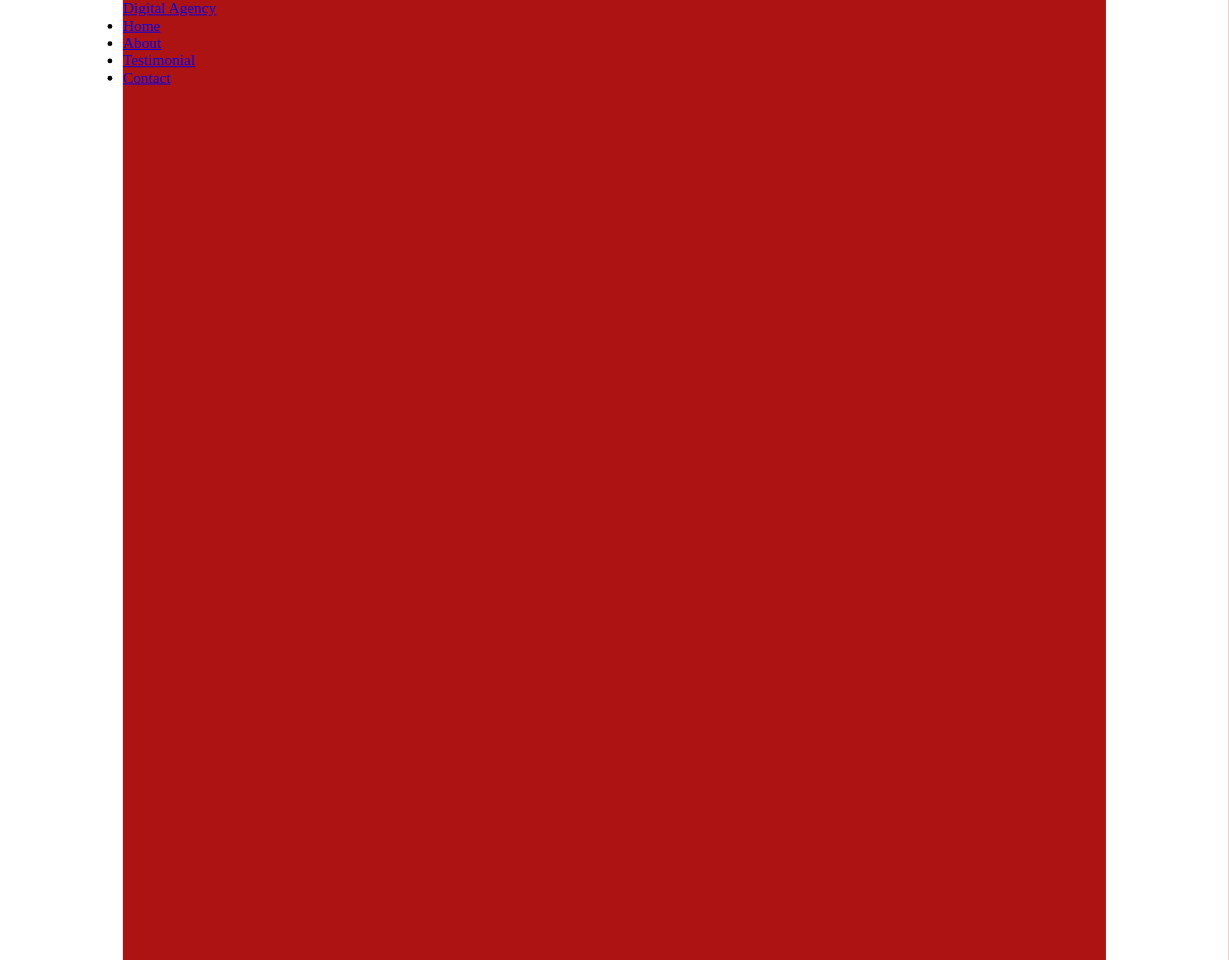
Repository: ThuatDev/fullstack_devc
Page: index.html
These files come from the project's save history. The page is drawn as it stood at one moment and after the next save; the edit follows.
The browser window is 1280 px wide. The pictures show the whole page, at 96% of full size.

Above is the page before, as saved 2022-11-09 15:39:40.

### index.html
<!DOCTYPE html>
<html lang="en">
  <head>
    <meta charset="UTF-8" />
    <meta http-equiv="X-UA-Compatible" content="IE=edge" />
    <meta name="viewport" content="width=device-width, initial-scale=1.0" />
    <link rel="stylesheet" href="./index.css" />
    <title>Digital Agency</title>
  </head>
  <body>
    <div class="container">
      <div class="navbar">
        <div class="navbar_left">
          <p class="navbar__left-logo">
            <a href="#">Digital Agency</a>
          </p>
        </div>
        <div class="navbar_right">
          <ul class="navbar_right-list">
            <li><a href="#">Home</a></li>
            <li><a href="#">About</a></li>
            <li><a href="#">Testimonial</a></li>
            <li><a href="#">Contact</a></li>
          </ul>
        </div>
      </div>
    </div>
  </body>
</html>

### index.css
* {
  padding: 0;
  margin: 0;
  box-sizing: border-box;
}
.container {
  width: 80%;
  height: 1000px;
  background-color: #ad1313;
  margin: 0 auto;
}

After the next save:
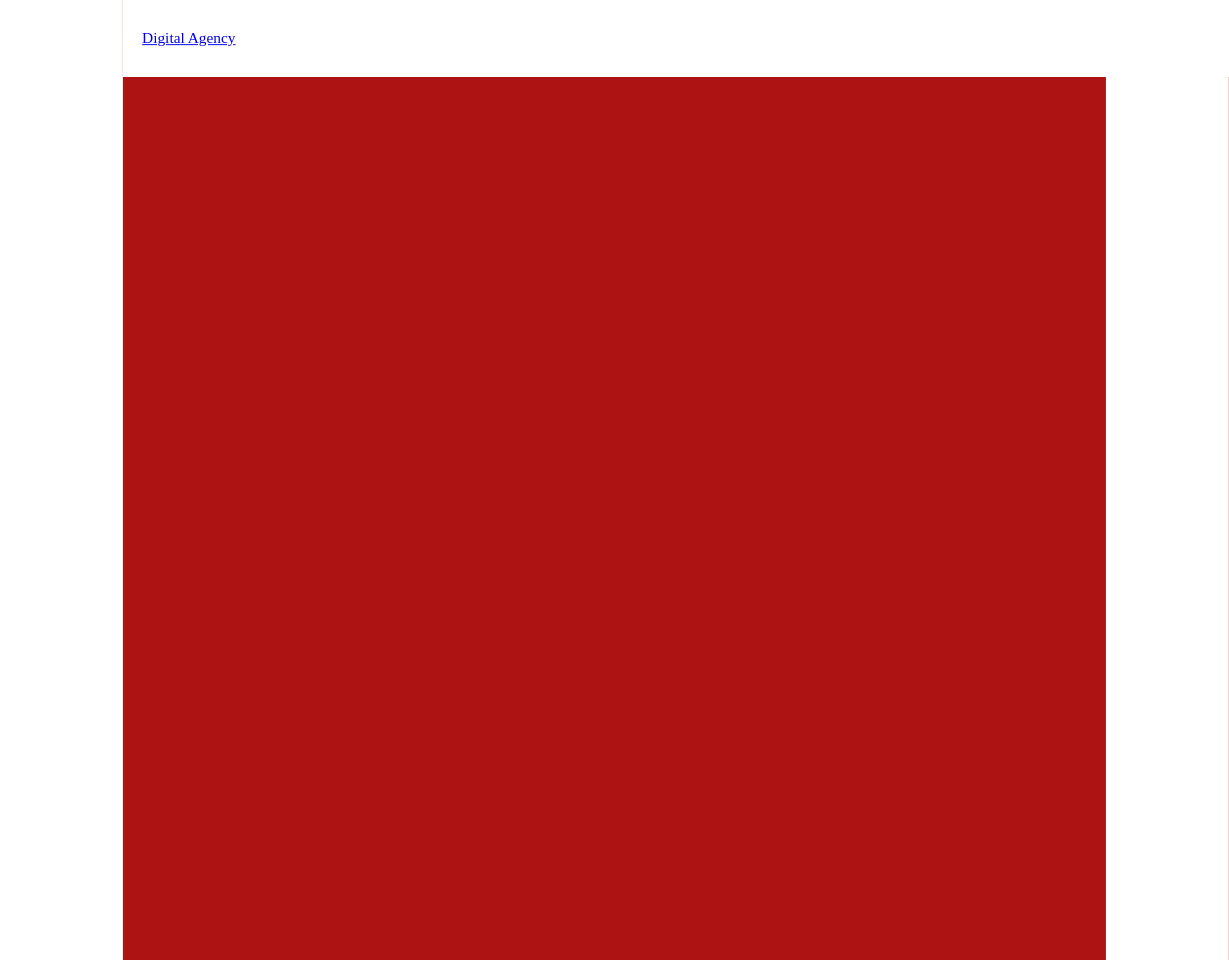
Saved 2 min 1 s later.
--- a/index.css
+++ b/index.css
@@ -9,3 +9,17 @@
   background-color: #ad1313;
   margin: 0 auto;
 }
+
+/* nav bar*/
+.navbar {
+  width: 100%;
+  height: 80px;
+  background-color: #fff;
+  display: flex;
+  justify-content: space-between;
+  align-items: center;
+  padding: 0 20px;
+  position: fixed;
+  top: 0;
+  z-index: 1;
+}

After the save that followed:
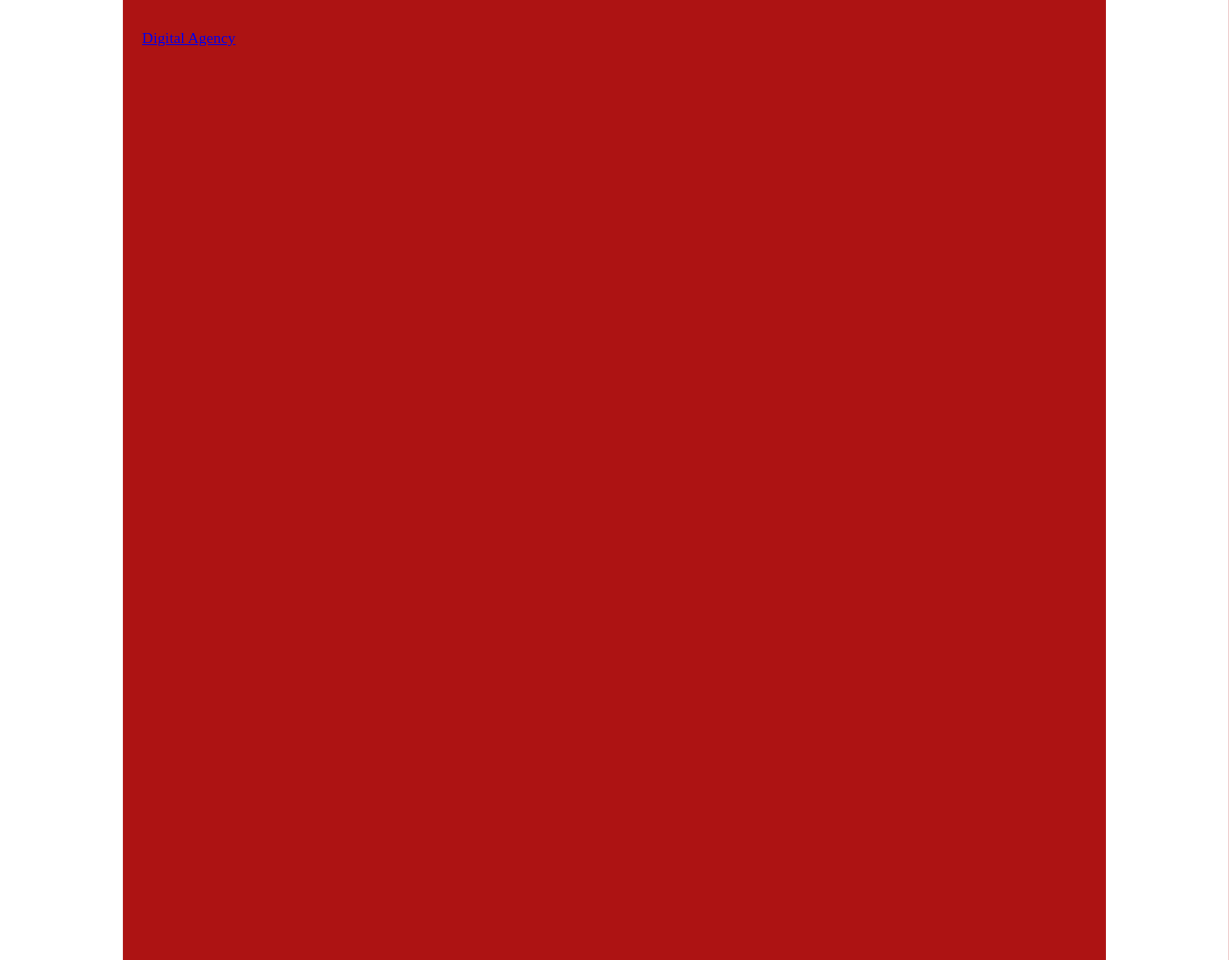
Saved 10 s later.
--- a/index.css
+++ b/index.css
@@ -14,7 +14,7 @@
 .navbar {
   width: 100%;
   height: 80px;
-  background-color: #fff;
+
   display: flex;
   justify-content: space-between;
   align-items: center;
